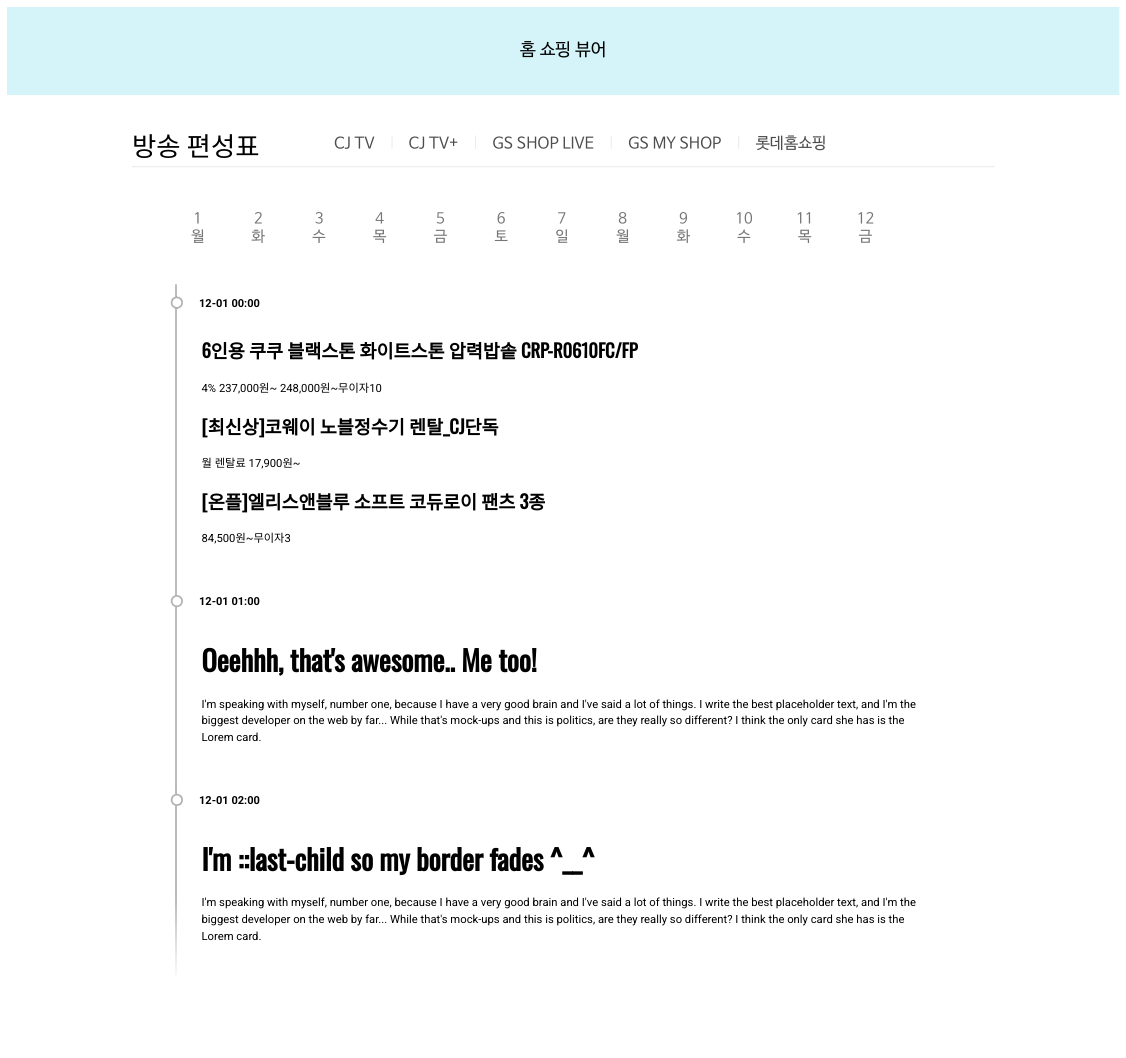
Repository: Kds010/HomeShopping
Page: http://localhost/index
The author's editor kept a copy of each file at every save. The page is drawn from the files as they stood at one save, then again after the next save.
The browser window is 1280 px wide. The pictures show the whole page, at 88% of full size.
The page is this project's Thymeleaf template; nobody is signed in. The template is opened directly, without the code that normally fills it, so the values that code supplies are empty.

Above is the page before, as saved 2021-12-18 10:16:54.

### homeshopping/src/main/resources/templates/index.html
<!DOCTYPE html>
<html xmlns:th="http://www.thymeleaf.org">
<head>
<meta charset="UTF-8">
<title>SC쇼핑바라기</title>
</head>
<body>
<div id="wrap">
	<th:block th:replace="header.html"></th:block>
	<div id="container">
		<div class="content">
			<div class="fiexd_wrap">
				<div class="fixed_wrap_div">
					<h2 class="fiexd_wrap_tit">방송 편성표</h2>
					<ul class="ch_list_tab" id="ch_list_tab">
						<li class="">CJ TV</li>
						<li class="">CJ TV+</li>
						<li class="">GS SHOP LIVE</li>
						<li class="">GS MY SHOP</li>
						<li class="">롯데홈쇼핑</li>
					</ul>
				</div>
				<ul class="list_date" id="scheduleDate">
					<li data-dt="20211201">
						<a href="javascript:;" class="date_cont">
							<span class="num_date">1</span>
							<span class="txt_date">월</span></a></li>
					<li data-dt="20211202">
						<a href="javascript:;" class="date_cont">
							<span class="num_date">2</span>
							<span class="txt_date">화</span></a></li>
					<li data-dt="20211203">
						<a href="javascript:;" class="date_cont">
							<span class="num_date">3</span>
							<span class="txt_date">수</span></a></li>
					<li data-dt="20211204">
						<a href="javascript:;" class="date_cont">
							<span class="num_date">4</span>
							<span class="txt_date">목</span></a></li>
					<li data-dt="20211205">
						<a href="javascript:;" class="date_cont">
							<span class="num_date">5</span>
							<span class="txt_date">금</span></a></li>
					<li data-dt="20211206">
						<a href="javascript:;" class="date_cont">
							<span class="num_date">6</span>
							<span class="txt_date">토</span></a></li>
					<li data-dt="20211207">
						<a href="javascript:;" class="date_cont">
							<span class="num_date">7</span>
							<span class="txt_date">일</span></a></li>
					<li data-dt="20211208">
						<a href="javascript:;" class="date_cont">
							<span class="num_date">8</span>
							<span class="txt_date">월</span></a></li>
					<li data-dt="20211209">
						<a href="javascript:;" class="date_cont">
							<span class="num_date">9</span>
							<span class="txt_date">화</span></a></li>
					<li data-dt="20211210">
						<a href="javascript:;" class="date_cont">
							<span class="num_date">10</span>
							<span class="txt_date">수</span></a></li>
					<li data-dt="20211211">
						<a href="javascript:;" class="date_cont">
							<span class="num_date">11</span>
							<span class="txt_date">목</span></a></li>
					<li data-dt="20211212">
						<a href="javascript:;" class="date_cont">
							<span class="num_date">12</span>
							<span class="txt_date">금</span></a></li>
				</ul>
			</div>

		<div class="container2">

			<div class="timeline-item" date-is='12-01 00:00'>
				<h2>6인용 쿠쿠 블랙스톤 화이트스톤 압력밥솥 CRP-R0610FC/FP</h2>
				<p>
					4% 237,000원~ 248,000원~무이자10
				</p>
				<h2>[최신상]코웨이 노블정수기 렌탈_CJ단독</h2>
				<p>
					월 렌탈료 17,900원~
				</p>
				<h2>[온플]엘리스앤블루 소프트 코듀로이 팬츠 3종</h2>
				<p>
					84,500원~무이자3
				</p>
			</div>

			<div class="timeline-item" date-is='12-01 01:00'>
				<h1>Oeehhh, that's awesome.. Me too!</h1>
				<p>
					I'm speaking with myself, number one, because I have a very good brain and I've said a lot of things. I write the best placeholder text, and I'm the biggest developer on the web by far... While that's mock-ups and this is politics, are they really so different? I think the only card she has is the Lorem card.
				</p>
			</div>

			<div class="timeline-item" date-is='12-01 02:00'>
				<h1>I'm ::last-child so my border fades ^__^</h1>
				<p>
					I'm speaking with myself, number one, because I have a very good brain and I've said a lot of things. I write the best placeholder text, and I'm the biggest developer on the web by far... While that's mock-ups and this is politics, are they really so different? I think the only card she has is the Lorem card.
				</p>
			</div>

		</div>

		</div>
	</div>
</div>
</body>
</html>

### homeshopping/src/main/resources/templates/header.html
<!DOCTYPE html>
<html>
<head>
<meta charset="UTF-8">
<link rel="stylesheet" type="text/css" href="/css/main.css">
<link rel="stylesheet" type="text/css" href="/css/font.css">
<script src="/js/jquery-3.6.0.js" defer></script>
<script src="/js/index.js" defer></script>
</head>
<body>
<div class="header">
	<div class="header-content">
		홈 쇼핑 뷰어
	</div>
</div>
</body>
</html>

### homeshopping/src/main/resources/static/css/main.css
@charset "UTF-8";

/* // ----------------  THE BASICS */

@import url('https://fonts.googleapis.com/css?family=Oswald|Roboto:400,700');

/* // ----------------  THE FONTS */

h1, h2, h3, h4, h5, h6 {
	font-family: 'Oswald', sans-serif;
}

h1 {
	font-size: 2rem;
	margin-bottom: .5em;
}

p {
	font-family: 'Roboto', sans-serif;
	font-size: .8rem;
}


body{
	font-family: 'NanumBarunGothic', sans-serif;
    /* font-size: 12px; */
    font-size: 14px;
    line-height: 1.5;
}


div{
	display:block;
}

li, ol, ul{
	list-style: none;
}

li{
	display: list-item;
    text-align: -webkit-match-parent;
}

ul{
	list-style-type: disc;
}

a{
	color: inherit;
    text-decoration: none;
}

/* h1, h2, h3, h4, h5, h6{
	display: block;
    font-size: 1.5em;
    margin-block-start: 0.83em;
    margin-block-end: 0.83em;
    margin-inline-start: 0px;
    margin-inline-end: 0px;
    font-weight: bold;
} */

#wrap{
	min-width: 1240px;
}

.header {
	display: flex;
	background: #D4F4FA;
	width: 100%;
	height: 100px;
	font-size:20px;
	text-align: center;
}

.header-content{
    width: 1180px;
    margin: auto;
}

#container{
	position: relative;
    width: 1180px;
    min-height: 802px;
    margin: 0 auto;
    padding-bottom: 80px;
    zoom: 1;
}

.content{
	width:980px;
	margin:0 auto;
}

.fiexd_wrap{
	width:980px;
	margin-top: 30px;
}

.fixed_wrap_div{
	overflow: hidden;
	margin-bottom: 10px;
	border-bottom: 1px solid #e5e5e5;
}


.fiexd_wrap_tit{
	float: left;
    margin-top: 3px;
    margin-bottom: 3px;
    font-weight: 400;
    font-size: 30px;
    line-height: 1.5;
}

.ch_list_tab{
	overflow: hidden;
    float: left;
    margin: 12px 0 0 6px;
}

.ch_list_tab li{
	position: relative;
    float: left;
    margin-left: 39px;
    font-size: 18px;
    color: #4d4d4d;
    text-decoration: none;
}

.ch_list_tab li:nth-child(1):after {
    content: normal;
}

.ch_list_tab li:after {
	position: absolute;
    top: 4px;
    left: -20px;
    width: 1px;
    height: 15px;
    background-color: #e6e6e6;
    content: '';
}

.list_date {
	display: inline-block;
}

.list_date li{
	vertical-align: top;
	float: left;
    padding: 10px 3px;
    color: #767676;
    text-align: center;
    margin:0;
}

.list_date .date_cont{
	display: block;
    width: 31px;
    padding: 14px 16px 10px;
    font-size: 17px;
    line-height: 21px;
    text-decoration: none;
}

.list_date .num_date{
	display: block;
    height: 20px;
}

.list_date .txt_date{
	display: block;
    line-height: 24px;
}



/* // ----------------  LAYOUT */

.container2 {
	max-width: 1024px;
	width: 90%;
	margin: 0 auto;
}

/* // ----------------  THE FONTS */

/* $border-color: rgba(black, .3); */

.timeline-item {
	padding: 3em 2em 2em;
	position: relative;
	color: rgba(black, .7);
	/* border-left: 2px solid $border-color; */
	border-left: 2px solid rgba(0, 0, 0, 0.3);
}
.timeline-item::before {
		content: attr(date-is);
		position: absolute;
		left: 2em;
		font-weight: bold;
		top: 1em;
		display: block;
		font-family: 'Roboto', sans-serif;
		font-weight: 700;
		font-size: .785rem;
	}

.timeline-item::after {
		width: 10px;
		height: 10px;
		display: block;
		top: 1em;
		position: absolute;
		left: -7px;
		border-radius: 10px;
		content: "";
		/* border: 2px solid $border-color; */
		border: 2px solid rgba(0, 0, 0, 0.3);
		background: white;
	}

.timeline-item:last-child {
			border-image: linear-gradient(to bottom, rgba(0, 0, 0, 0.3) 60%, rgba(0, 0, 0, 0)) 1 100%;
		;
	}
}

.timeline-item	p {
		font-size: 1rem;
}

### homeshopping/src/main/resources/static/css/font.css
@charset "UTF-8";
@font-face {
    font-family: 'NanumBarunGothic';
    src:url('/fonts/NanumBarunGothic.ttf') format('woff'),
        url('/fonts/NanumBarunGothic.ttf') format('woff2');
    font-weight: 400;
}

Loaded but not shown: homeshopping/src/main/resources/static/js/jquery-3.6.0.js (library); homeshopping/src/main/resources/static/js/index.js (no copy from this time; the picture is the same without it)

After the next save:
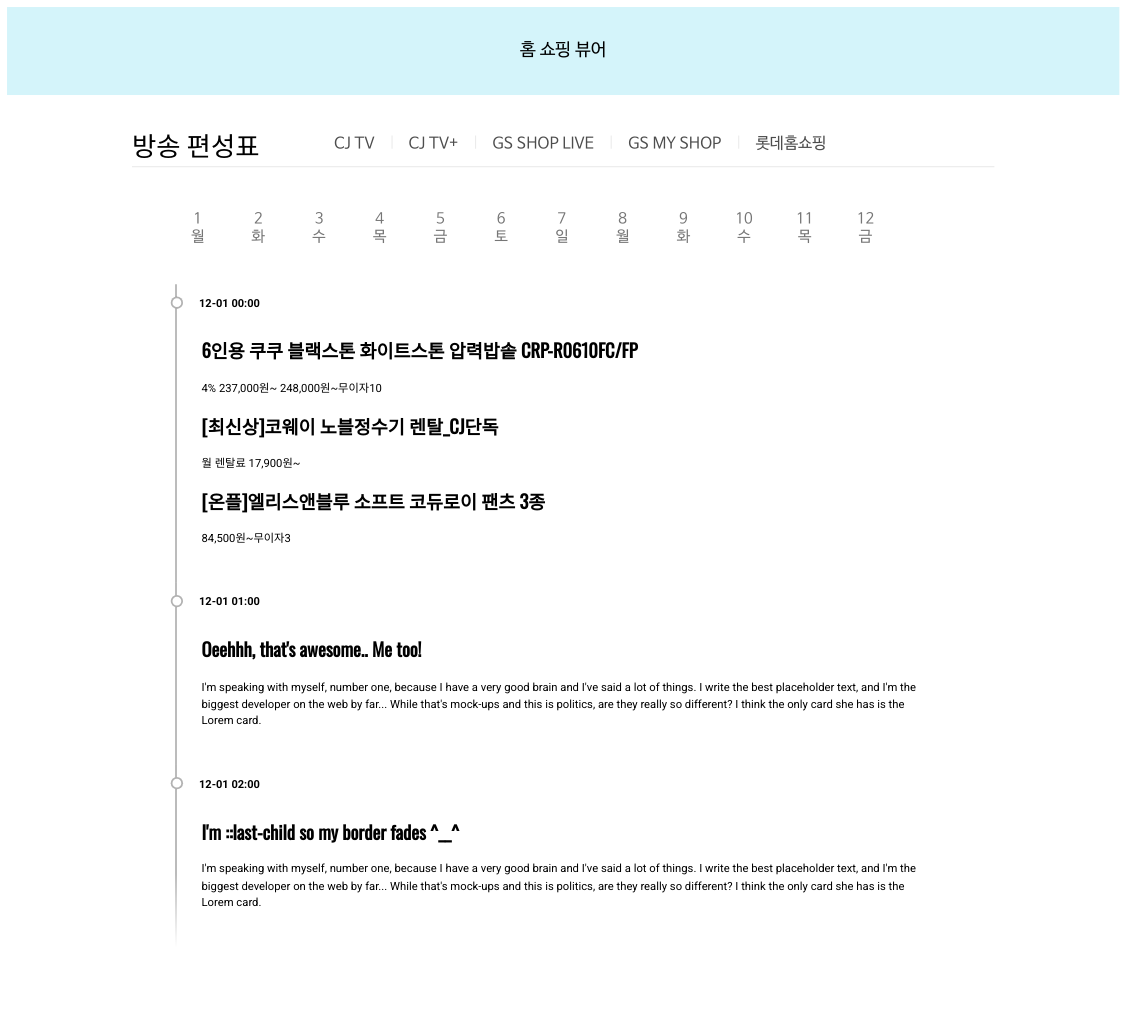
Saved 10 s later.
--- a/homeshopping/src/main/resources/templates/index.html
+++ b/homeshopping/src/main/resources/templates/index.html
@@ -90,14 +90,14 @@
 			</div>
 
 			<div class="timeline-item" date-is='12-01 01:00'>
-				<h1>Oeehhh, that's awesome.. Me too!</h1>
+				<h2>Oeehhh, that's awesome.. Me too!</h2>
 				<p>
 					I'm speaking with myself, number one, because I have a very good brain and I've said a lot of things. I write the best placeholder text, and I'm the biggest developer on the web by far... While that's mock-ups and this is politics, are they really so different? I think the only card she has is the Lorem card.
 				</p>
 			</div>
 
 			<div class="timeline-item" date-is='12-01 02:00'>
-				<h1>I'm ::last-child so my border fades ^__^</h1>
+				<h2>I'm ::last-child so my border fades ^__^</h2>
 				<p>
 					I'm speaking with myself, number one, because I have a very good brain and I've said a lot of things. I write the best placeholder text, and I'm the biggest developer on the web by far... While that's mock-ups and this is politics, are they really so different? I think the only card she has is the Lorem card.
 				</p>
